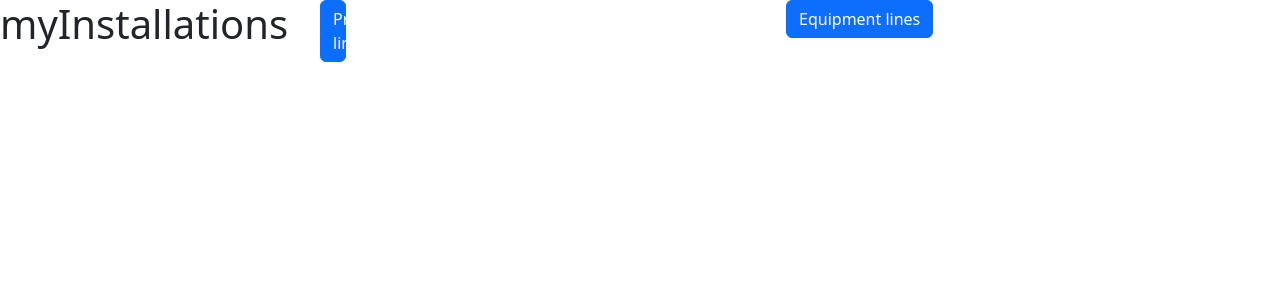
Repository: sreech465/evin3
Page: /equipment
These files come from the project's save history. The page is drawn as it stood at one moment and after the next save; the edit follows.
The browser window is 1280 px wide. The pictures show the whole page.
The page's requests for data from a server got no answer. The project was rebuilt for these pictures with package versions that can differ from the ones it lists, and the page was loaded fresh each time. No one was signed in, and anything a server would have sent is missing. Also part of the build but not shown: src/Login.js, src/Display.js, src/Details.js, src/CustomSearchBar.js, src/Process.js, src/Learning.js, src/ProcessDetails.js, src/EquipDetails.js.

Above is the page before, as saved 2022-10-29 08:20:35.

After the next save:
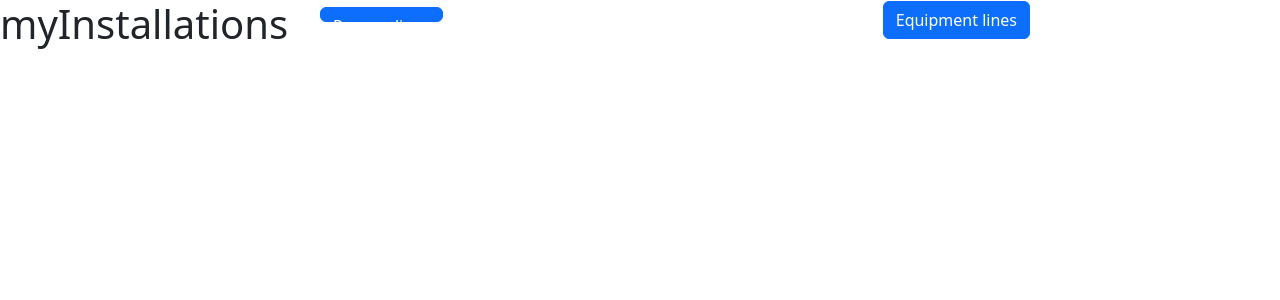
Saved 14 s later.
--- a/src/Headertabs.js
+++ b/src/Headertabs.js
@@ -17,7 +17,7 @@ const Headertabs = () => {
           >
             <li style={{ listStyleType: "none" }}>
               <Link to="/pdetails">
-                <button style={{ width: 5 }} className="btn btn-primary">
+                <button style={{ height: 15 }} className="btn btn-primary">
                   Process lines
                 </button>
               </Link>
